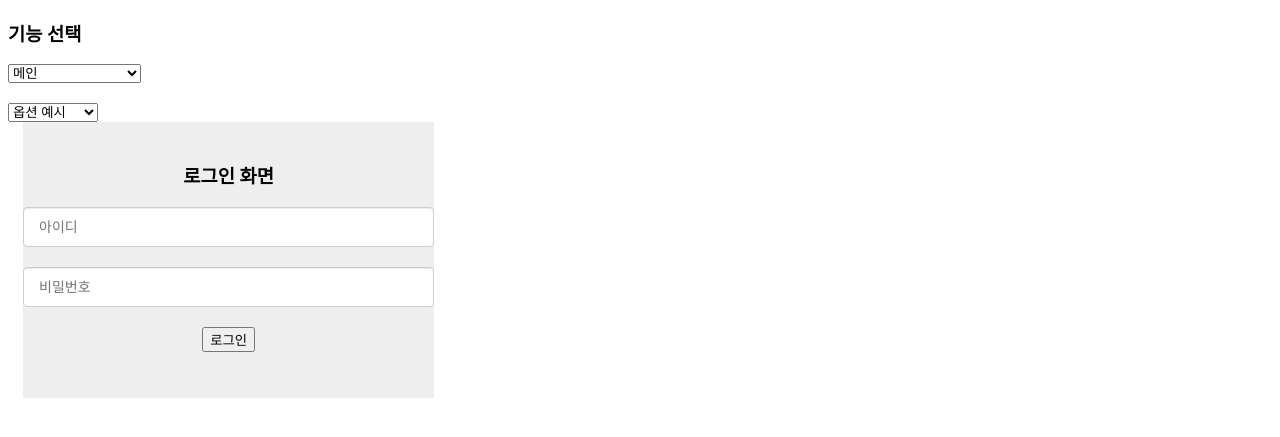
Repository: minjikimkim2222/BBS
Page: http://localhost/BBS/login.jsp
These files come from the project's save history. The page is drawn as it stood at one moment and after the next save; the edit follows.
The browser window is 1280 px wide. The pictures show the whole page.
The page is served by Tomcat 9.

Above is the page before, as saved 2023-12-26 05:23:15.

After the next save:
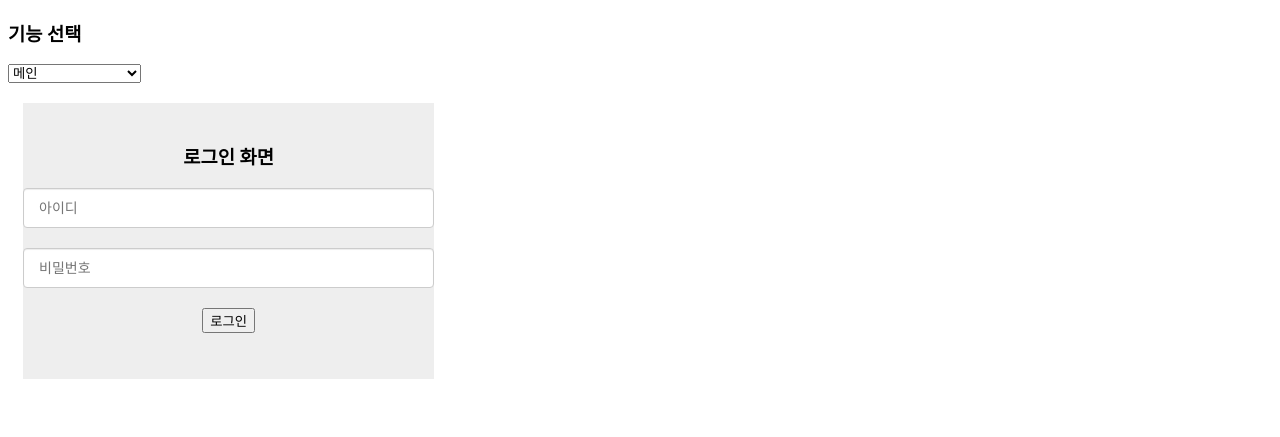
Saved 15 s later.
--- a/BBS/src/main/webapp/login.jsp
+++ b/BBS/src/main/webapp/login.jsp
@@ -27,12 +27,12 @@
 		</select>
 	</form>
 
-					<select onchange = "location.href = this.value;">
+<!-- 					<select onchange = "location.href = this.value;">
 						<optgroup label = "회원관리">
 							<option value = "dummy">옵션 예시</option>
 							<option value = "logoutAction.jsp">로그아웃</option>
 						</optgroup>
-					</select>
+					</select> -->
 
 		<div class = "container">
 		<div class = "col-lg-4">

After the save that followed:
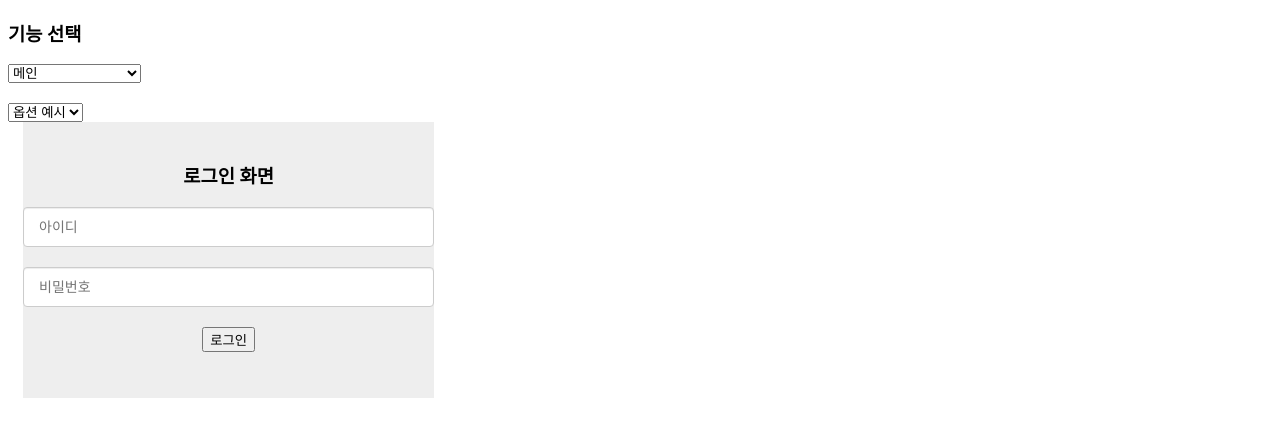
Saved 6 min 12 s later.
--- a/BBS/src/main/webapp/login.jsp
+++ b/BBS/src/main/webapp/login.jsp
@@ -27,12 +27,10 @@
 		</select>
 	</form>
 
-<!-- 					<select onchange = "location.href = this.value;">
-						<optgroup label = "회원관리">
-							<option value = "dummy">옵션 예시</option>
-							<option value = "logoutAction.jsp">로그아웃</option>
-						</optgroup>
-					</select> -->
+            <select onchange="location.href = this.value;">
+                <option value="dummy">옵션 예시</option>
+                <option value="logoutAction.jsp">로그아웃</option>
+            </select>
 
 		<div class = "container">
 		<div class = "col-lg-4">
